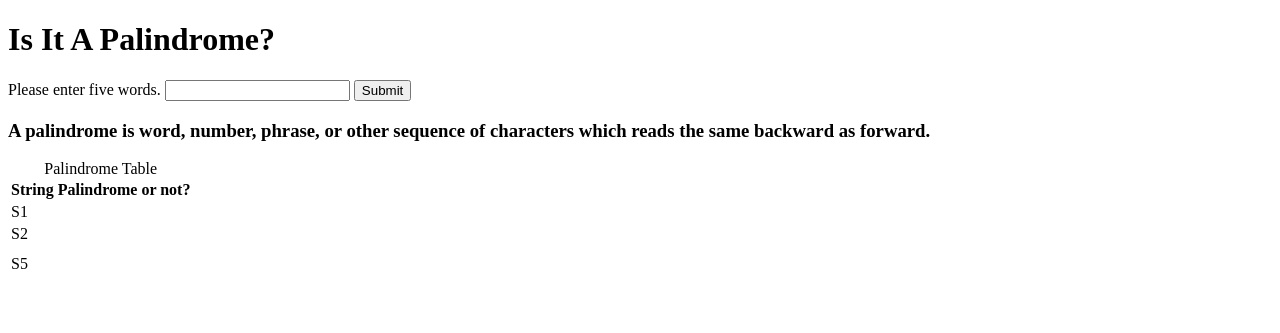
Repository: mlmEFSC21/P18-Palindrome-Table
Page: palindrome.html
The author's editor kept a copy of each file at every save. The page is drawn from the files as they stood at one save, then again after the next save.
The browser window is 1280 px wide. The pictures show the whole page.

Above is the page before, as saved 2022-04-03 17:17:52.

After the next save:
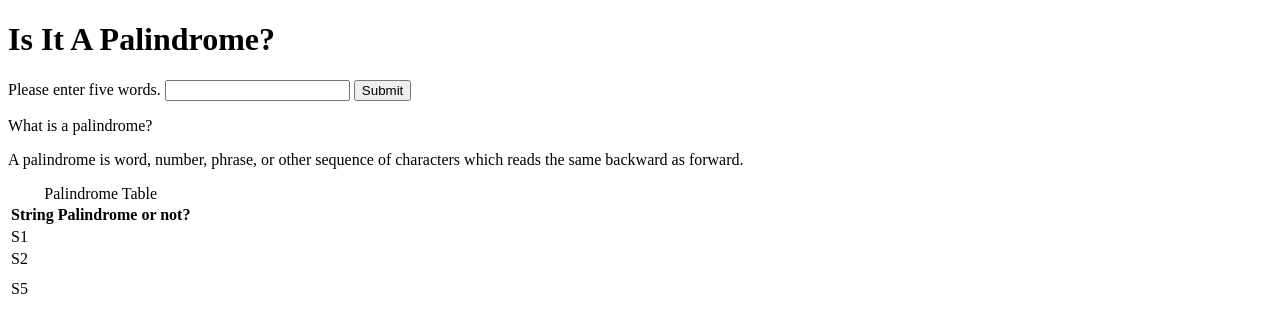
Saved 35 s later.
--- a/palindrome.html
+++ b/palindrome.html
@@ -26,10 +26,11 @@
             </div>
             <div class="tableContainer" id="tableContainer">
                 <div>
-                    <h3>
+                    <p>What is a palindrome?</p>
+                    <p>
                         A palindrome is word, number, phrase, or other sequence of characters which
                         reads the same backward as forward.
-                    </h3>
+                    </p>
                 </div>
                 <table>
                     <caption>
